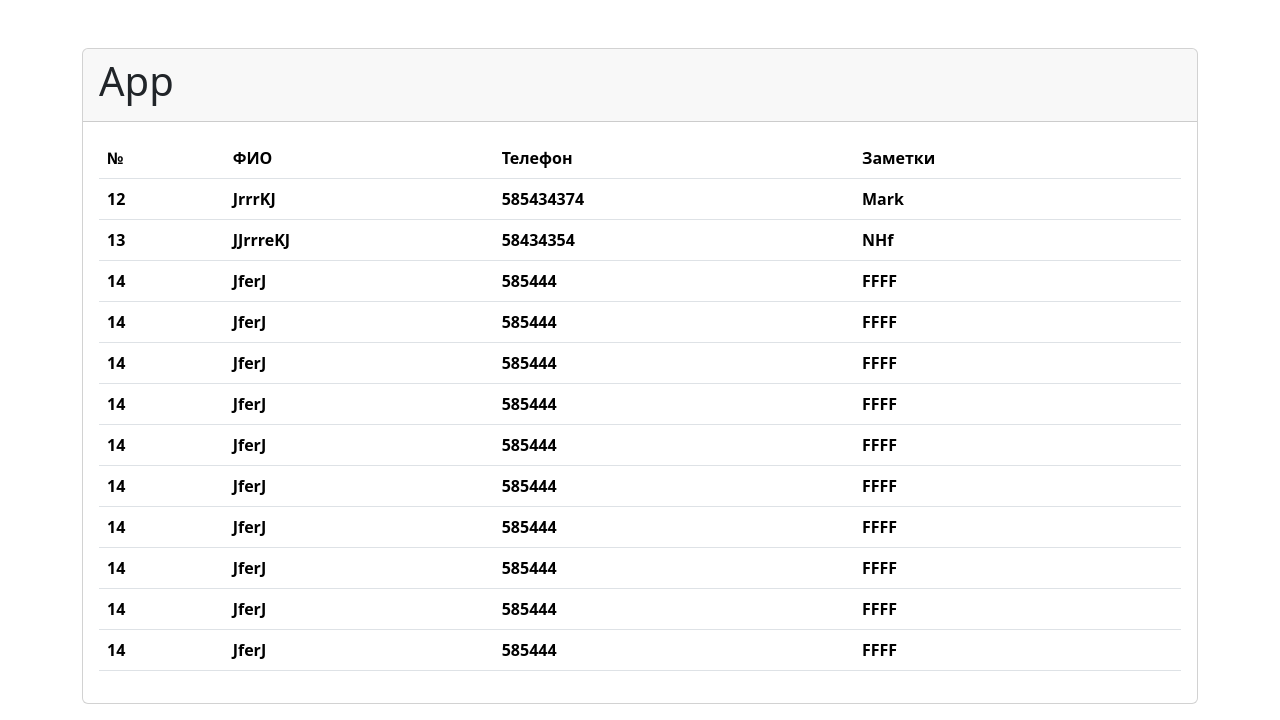
Repository: tatacheba/appstepikjavareact
Page: / (app in client/)
An editor plug-in stored every save of this project. The page is shown before and after a run of saves, followed by the edit.
The browser window is 1280 px wide. The pictures show the whole page.
The project was rebuilt for these pictures with package versions that can differ from the ones it lists, and the page was loaded fresh each time. Also part of the build but not shown: client/src/App.css.

Above is the page before, as saved 2024-11-27 11:29:00.

After the next 2 saves:
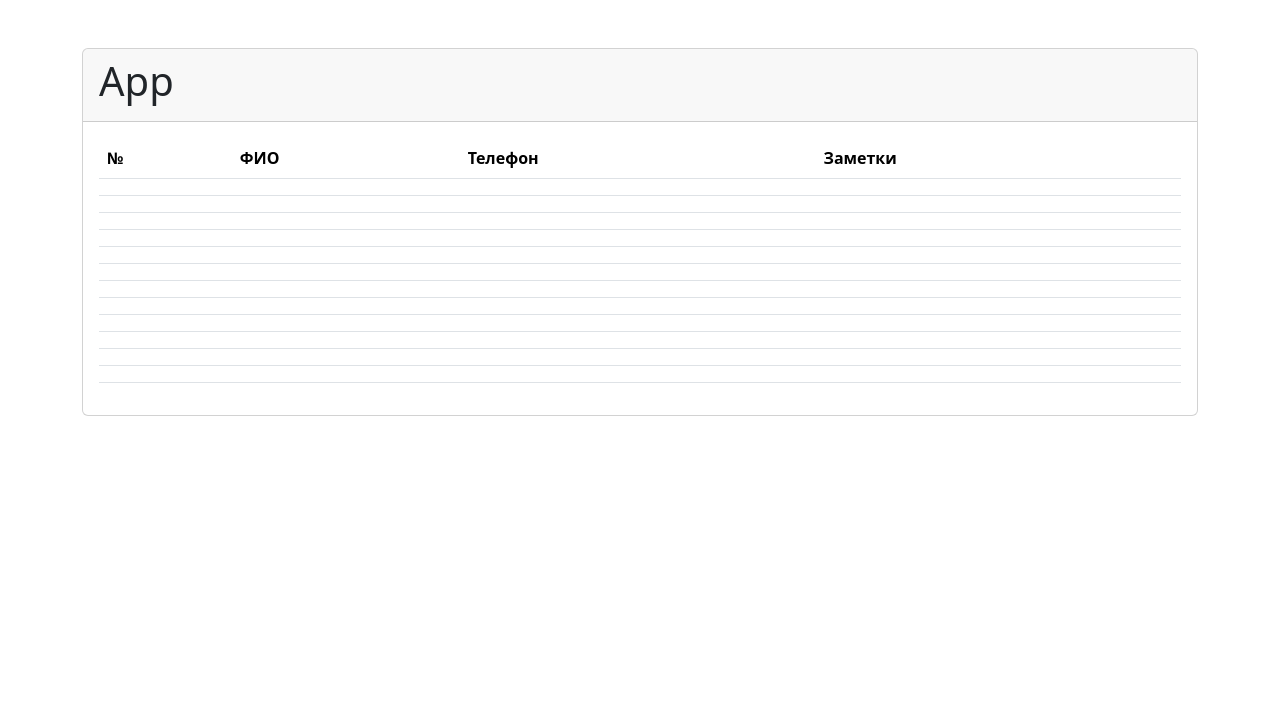
The 2 saves are shown as one change because 1 did not build or start.
The last was saved 3 min 23 s later.
--- a/client/src/layouts/tableView/TablewView.js
+++ b/client/src/layouts/tableView/TablewView.js
@@ -14,12 +14,7 @@ const TablewView = (props) => {
             </thead>
             <tbody>
                 {props.data.map((item) => (
-                    <TableRowItem
-                        id={item.id}
-                        fullName={item.fullName}
-                        phone={item.phone}
-                        notes={item.notes}
-                    />
+                    <TableRowItem contact={item} />
                 ))}
             </tbody>
         </table>

After the save that followed:
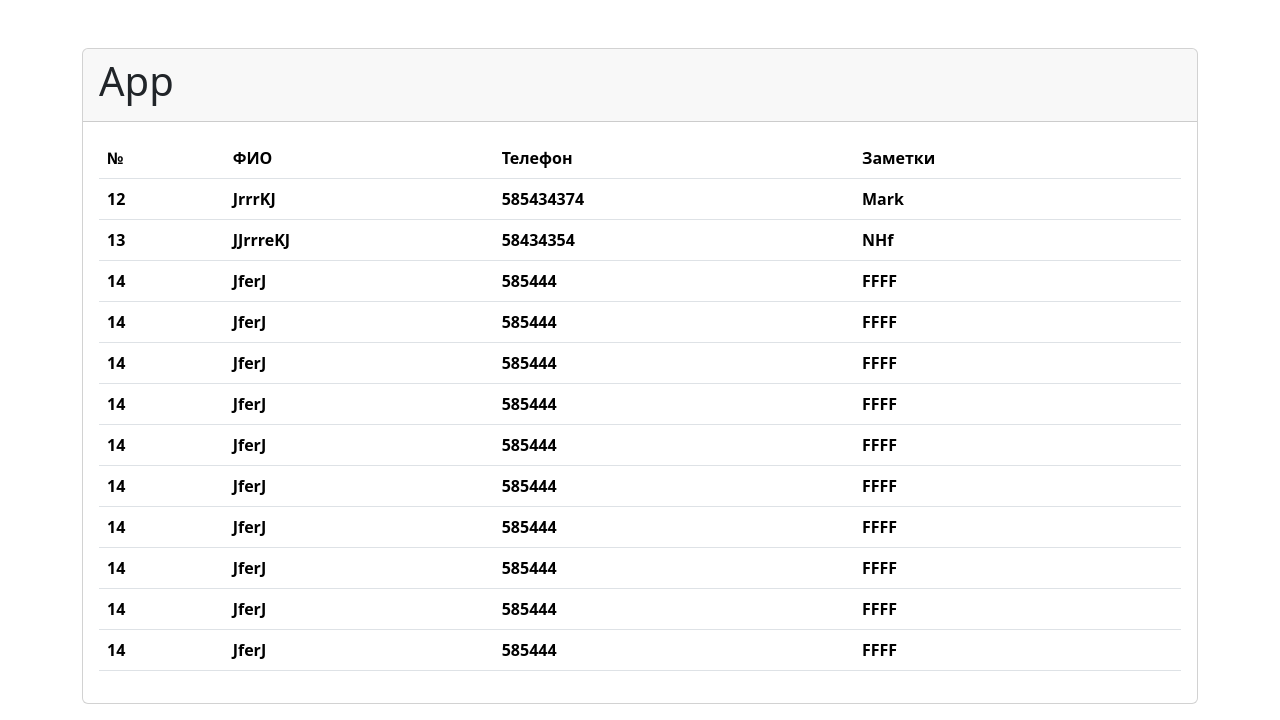
Saved 49 s later.
--- a/client/src/layouts/tableView/TableRowItem.js
+++ b/client/src/layouts/tableView/TableRowItem.js
@@ -3,10 +3,10 @@ import React from "react";
 const TableRowItem = (props) => {
     return (
         <tr>
-            <th scope="row">{props.id}</th>
-            <th>{props.fullName}</th>
-            <th>{props.phone}</th>
-            <th>{props.notes}</th>
+            <th scope="row">{props.contact.id}</th>
+            <th>{props.contact.fullName}</th>
+            <th>{props.contact.phone}</th>
+            <th>{props.contact.notes}</th>
         </tr>
     );
 };
